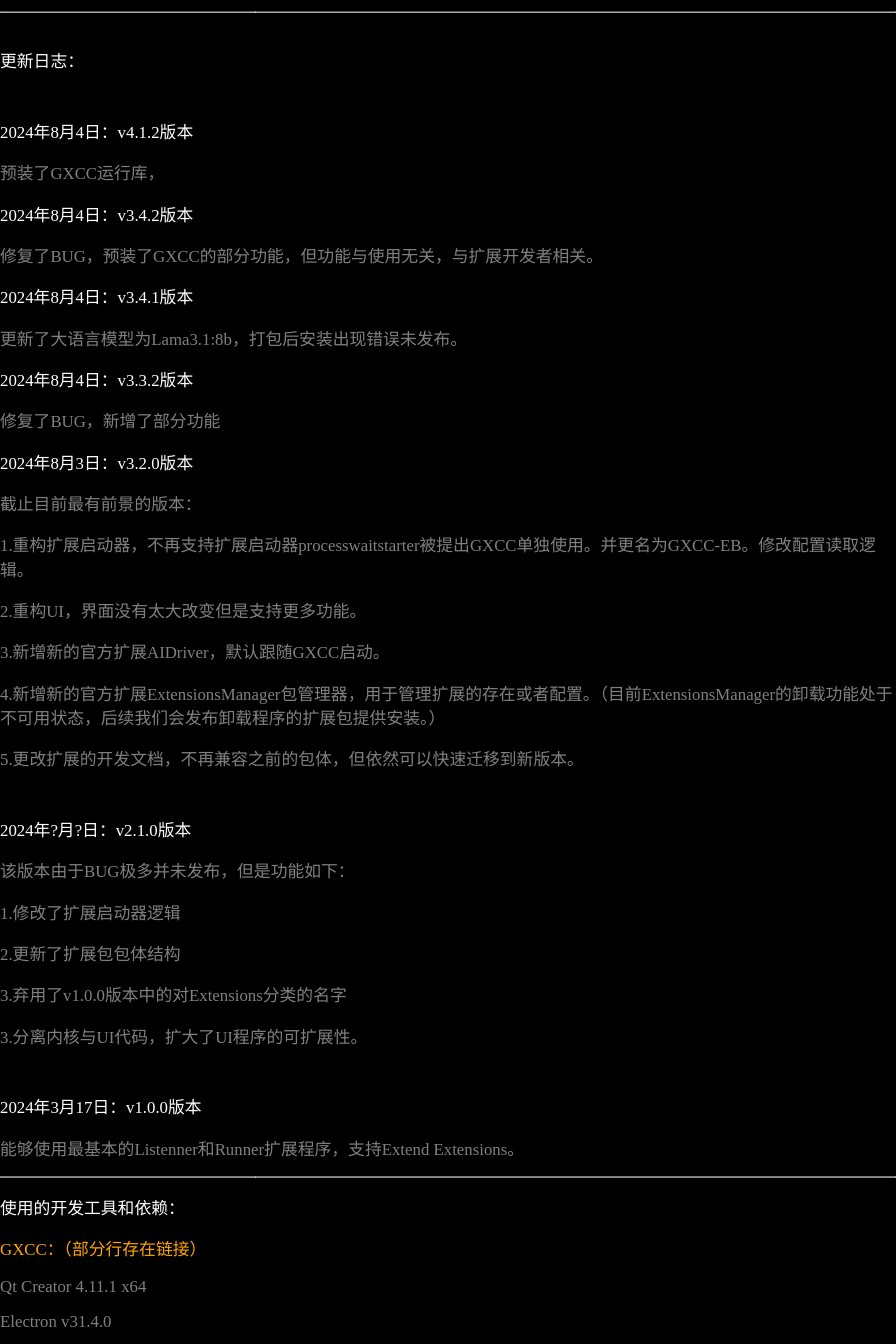
Repository: Lisu-Liso/GXCC
Page: index.html
An editor plug-in stored every save of this project. The page is shown before and after a run of saves, followed by the edit.
The browser window is 1280 px wide. The pictures show the part of the page from y = 726 to 2646 px (the page is 3889 px tall before and 3948 px after), at 70% of full size.

Above is the page before, as saved 2024-10-01 12:32:59.

After the next 2 saves:
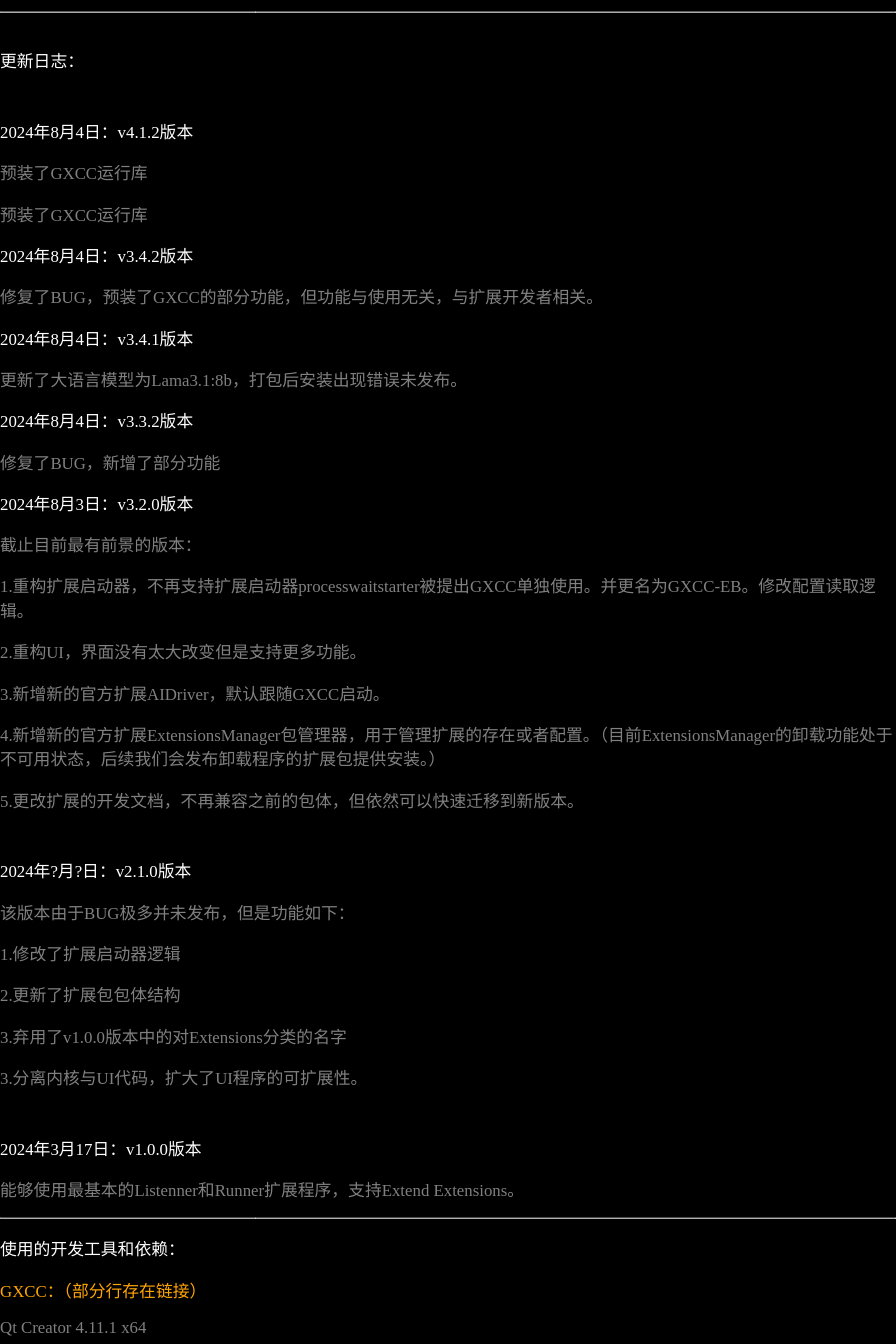
The 2 saves are shown as one change because they came seconds apart.
The last was saved 18 s later.
--- a/index.html
+++ b/index.html
@@ -304,7 +304,8 @@
         <p class="normaltext">更新日志：</p>
         <br>
         <p class="normaltext">2024年8月4日：v4.1.2版本</p>
-        <p class="normaltext" style="color: grey;">预装了GXCC运行库，</p>
+        <p class="normaltext" style="color: grey;">预装了GXCC运行库</p>
+        <p class="normaltext" style="color: grey;">预装了GXCC运行库</p>
         <p class="normaltext">2024年8月4日：v3.4.2版本</p>
         <p class="normaltext" style="color: grey;">修复了BUG，预装了GXCC的部分功能，但功能与使用无关，与扩展开发者相关。</p>
         <p class="normaltext">2024年8月4日：v3.4.1版本</p>

After the save that followed:
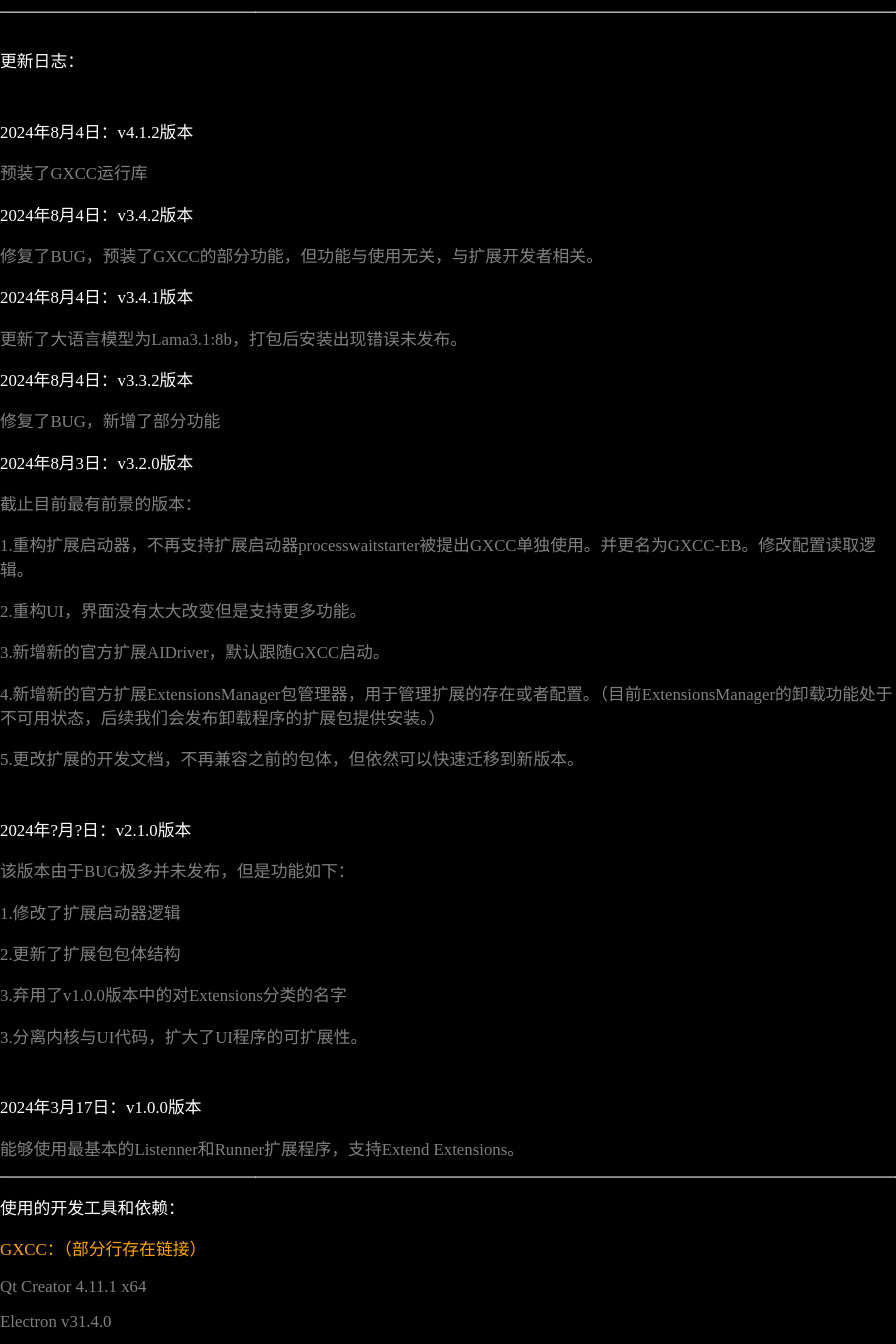
Saved 5 s later.
--- a/index.html
+++ b/index.html
@@ -305,7 +305,7 @@
         <br>
         <p class="normaltext">2024年8月4日：v4.1.2版本</p>
         <p class="normaltext" style="color: grey;">预装了GXCC运行库</p>
-        <p class="normaltext" style="color: grey;">预装了GXCC运行库</p>
+        <p class="normaltext" style="color: grey;"></p>
         <p class="normaltext">2024年8月4日：v3.4.2版本</p>
         <p class="normaltext" style="color: grey;">修复了BUG，预装了GXCC的部分功能，但功能与使用无关，与扩展开发者相关。</p>
         <p class="normaltext">2024年8月4日：v3.4.1版本</p>
